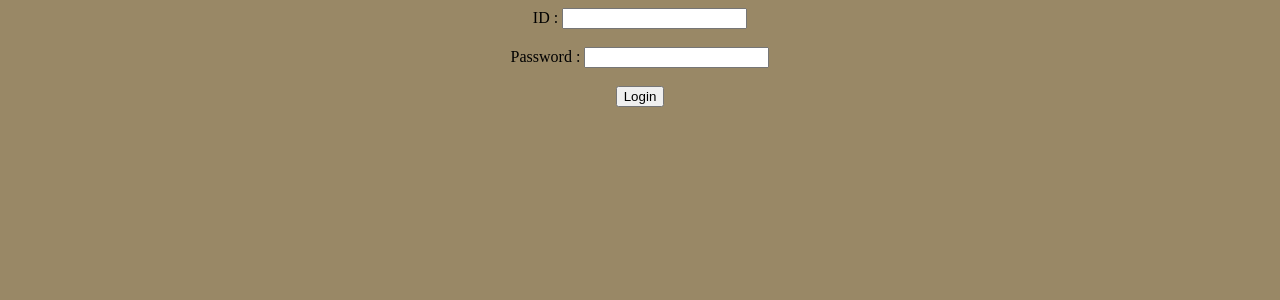
Repository: venkatasanthoshpamuru/Advance_Java_Projects
Page: First_JSP/src/main/webapp/Form.html
The author's editor kept a copy of each file at every save. The page is drawn from the files as they stood at one save, then again after the next save.
The browser window is 1280 px wide. The pictures show the whole page.

Above is the page before, as saved 2024-03-09 07:47:17.

After the next save:
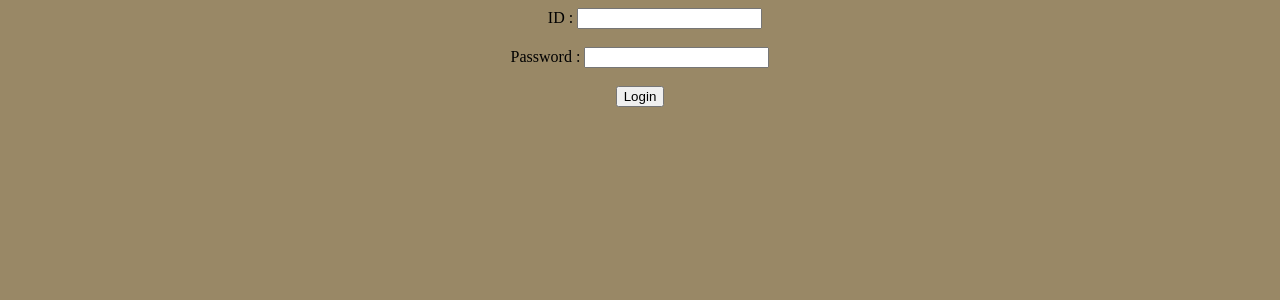
Saved 48 s later.
--- a/First_JSP/src/main/webapp/Form.html
+++ b/First_JSP/src/main/webapp/Form.html
@@ -5,7 +5,7 @@
   </head>
   <body bgcolor="#986" style="text-align: center;">
     <form method="post" action="./LoginServlet">
-     <label style="display:inline-block;",margin-left="30px">ID : </label>
+     <label style="display:inline-block;margin-left: 30px">ID : </label>
      <input type="text" name="userid" id="userid" required/><br><br>
      <label>Password : </label>
      <input type="password" name="password" id="password" required/><br><br>
